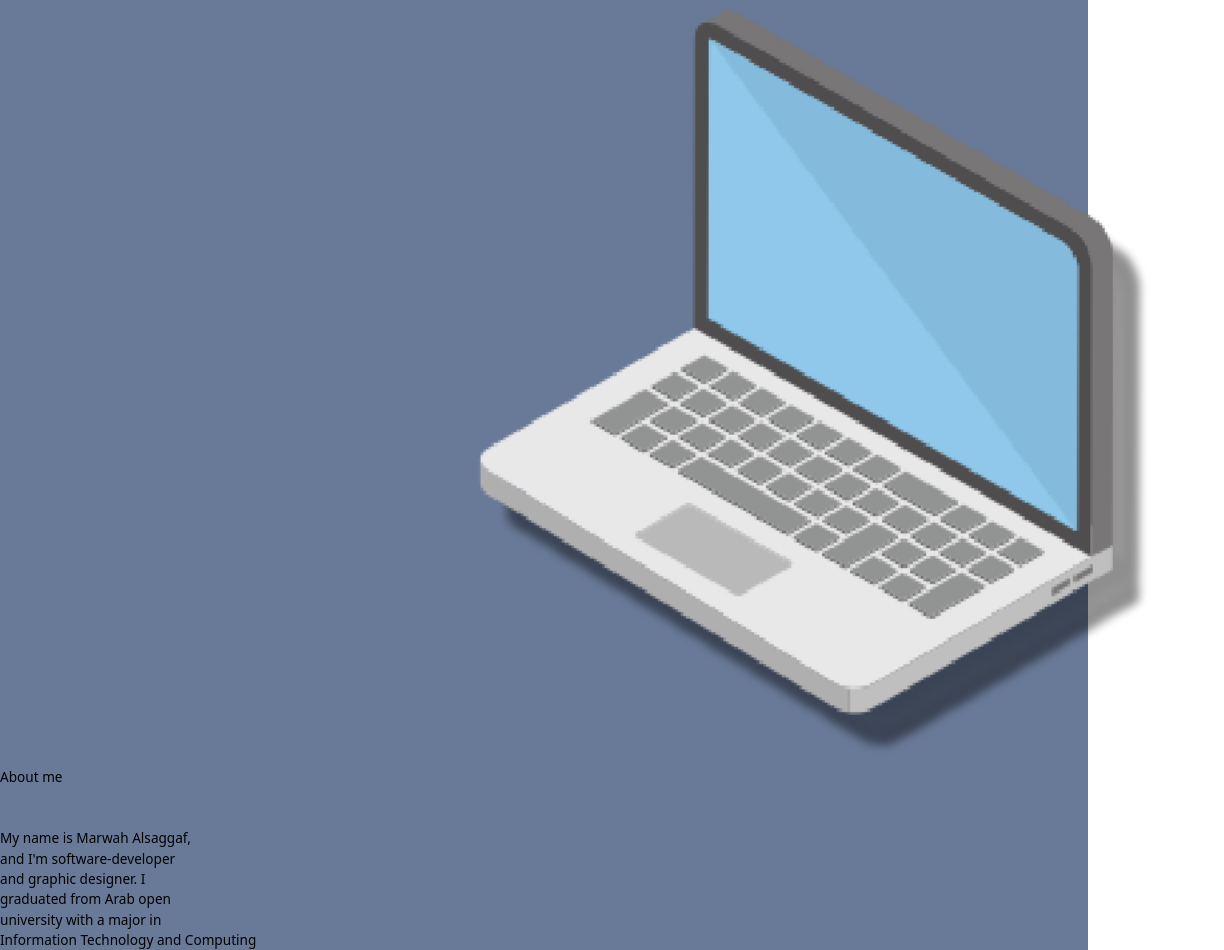
Repository: MEROO1010/my_portfolio
Page: /components/AboutMe
These files come from the project's save history. The page is drawn as it stood at one moment and after the next save; the edit follows.
The browser window is 1280 px wide. The page is 1440 px wide, so the pictures cover 1440 px, including what lies to the right of the window. The pictures show the whole page, at 85% of full size.
The project was rebuilt for these pictures with package versions that can differ from the ones it lists, and the page was loaded fresh each time. The framework's server and built-in components were replaced by stand-ins that run in the browser. Also part of the build but not shown: next.config.js.

Above is the page before, as saved 2023-03-10 02:11:55.

### pages/_app.tsx
import '../styles/globals.css'
import type { AppProps } from 'next/app'
import 'tailwindcss/tailwind.css'


function MyApp({ Component, pageProps }: AppProps) {
  return <Component {...pageProps} />
}

export default MyApp

### pages/components/AboutMe.tsx
import React from 'react'
import Image from 'next/image'


const AboutMe = () => {
  return (
    <div className="bg-[#697A98]  ">

        <div className=" relative px-8 mx-40 left-80">
        <Image src="/assets/images/laptop-screen.png" alt="laptop" width={4000} height={10}/>
        </div>


        <div>
            <h1>About me</h1>
            <br/><br/>
            <p>
            My name is Marwah Alsaggaf,<br/> and I'm software-developer <br/>
            and graphic designer. I <br/>
            graduated from Arab open <br/> university with a major in
             <br/> Information Technology and Computing
            </p>
        </div>

    </div>
  )
}

export default AboutMe

### styles/globals.css
@tailwind base;
@tailwind components;
@tailwind utilities;
@import url('https://fonts.googleapis.com/css2?family=Raleway:ital,wght@0,400;0,500;0,600;0,700;1,500;1,600&display=swap')

### tailwind.config.js
/** @type {import('tailwindcss').Config} */
module.exports = {
   purge: ['./pages/**/*.{js,ts,jsx,tsx}', './components/**/*.{js,ts,jsx,tsx}'],
  content: [
    './pages/**/*.{js,ts,jsx,tsx}',
    './components/**/*.{js,ts,jsx,tsx}',
    './app/**/*.{js,ts,jsx,tsx}',
  ],
  theme: {
    extend:
    {
      fontFamily: {
        'raleway': ['Raleway', 'sans-serif']
      },
    },
  },
  plugins: [],
}

After the next save:
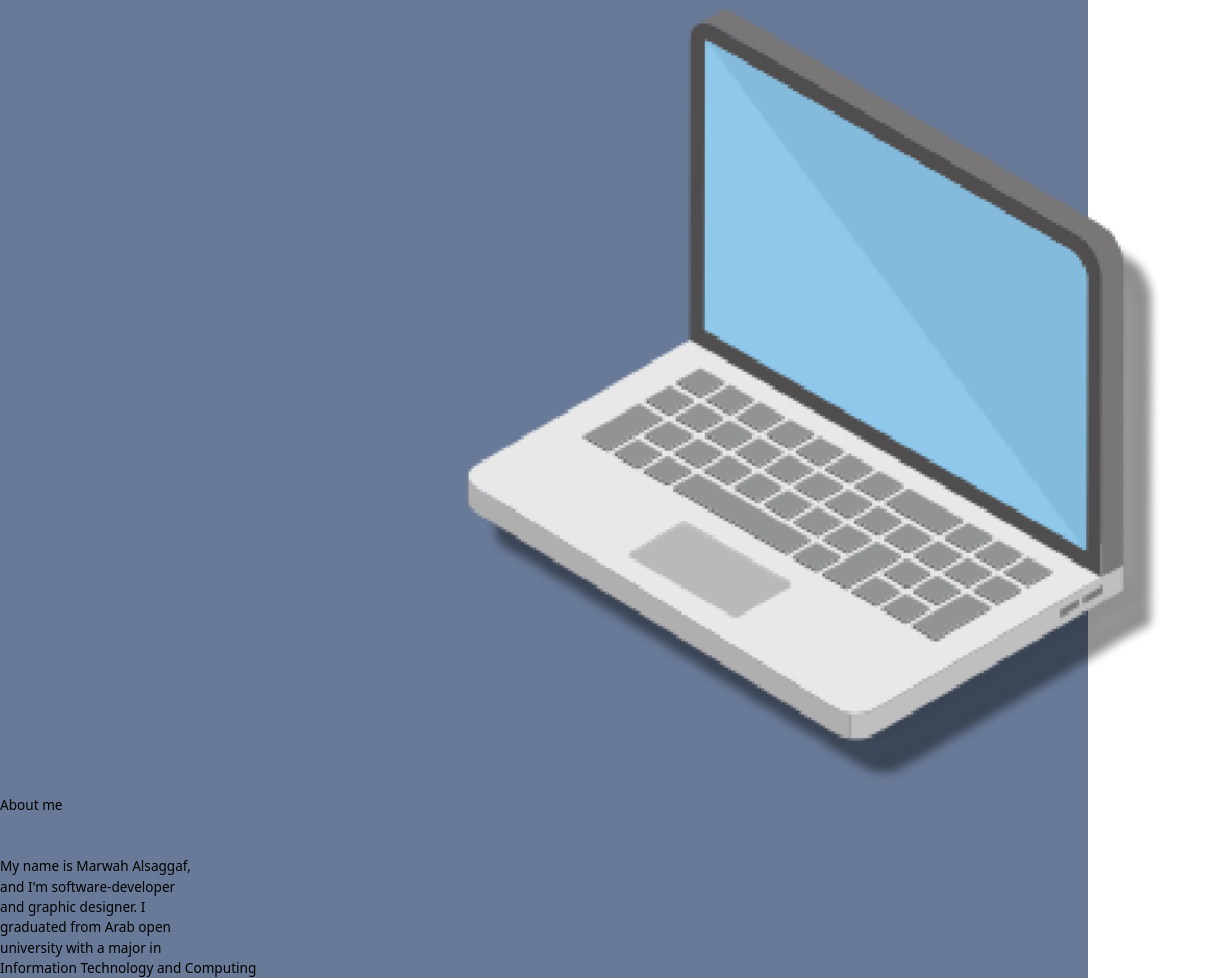
Saved 4 s later.
--- a/pages/components/AboutMe.tsx
+++ b/pages/components/AboutMe.tsx
@@ -6,7 +6,7 @@ const AboutMe = () => {
   return (
     <div className="bg-[#697A98]  ">
 
-        <div className=" relative px-8 mx-40 left-80">
+        <div className=" relative px-4 mx-40 left-80">
         <Image src="/assets/images/laptop-screen.png" alt="laptop" width={4000} height={10}/>
         </div>
 
